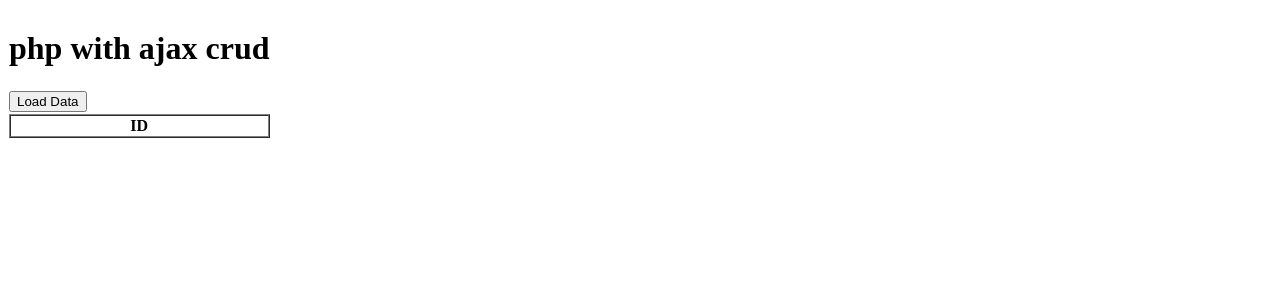
Repository: Tauqeer124/newrepo
Page: http://localhost/showdata.php
These files come from the project's save history. The page is drawn as it stood at one moment and after a run of saves; the edit follows.
The browser window is 1280 px wide. The pictures show the whole page.
The page is run by PHP 8.4 with error messages shown; the project is at /var/www/html/.

Above is the page before, as saved 2023-04-28 11:52:24.

### showdata.php
<!DOCTYPE html>
<html lang="en">
    <head>
        <title> ajax example</title>
    </head>
    <body>
        <table id="main" border="0" cellspacing="0">
            <tr >
                <td id="header">
                    <h1>php with ajax crud</h1>
                </td>
            </tr>
            <tr>
                <td id="table-load">
                    <input type="button" id="load-button" value="Load Data" >
                </td>
            </tr>
            <tr>
                <td id="table-data">
                    <table border="1" cellspacing="0" cellpading="10px" width="100%" >
                        <tr>
                            <th>ID</th>
                        </tr>

                    </table>
                </td>
            </tr>
        </table>
    </body>

</html>

After the next 4 saves:
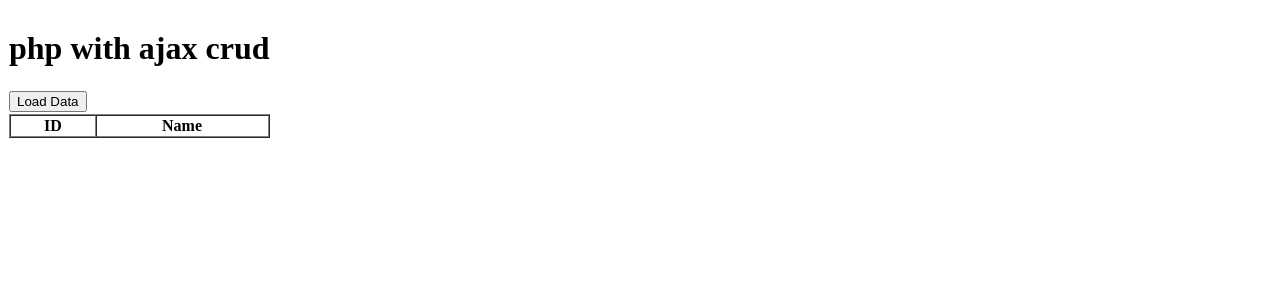
The 4 saves are shown as one change because they came seconds apart.
The last was saved 15 s later.
--- a/showdata.php
+++ b/showdata.php
@@ -20,6 +20,7 @@
                     <table border="1" cellspacing="0" cellpading="10px" width="100%" >
                         <tr>
                             <th>ID</th>
+                            <th>Name</th>
                         </tr>
 
                     </table>
